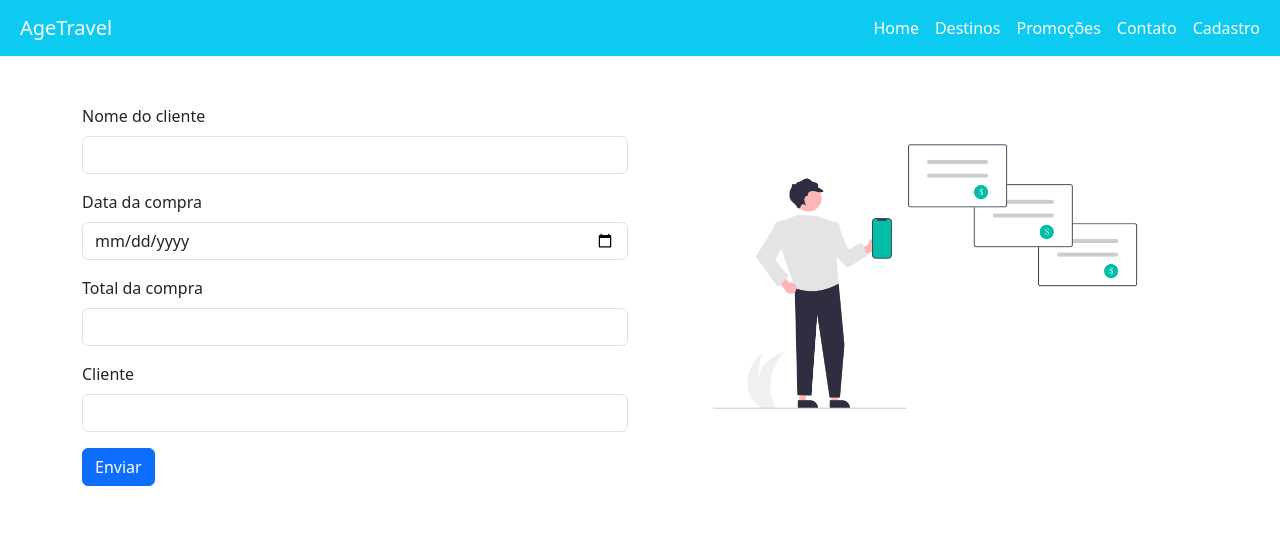
Repository: suyannepereira/modulo5
Page: http://localhost/compras/cadastro
The author's editor kept a copy of each file at every save. The page is drawn from the files as they stood at one save, then again after the next save.
The browser window is 1280 px wide. The pictures show the whole page.
The page is this project's Thymeleaf template; nobody is signed in. The template is opened directly, without the code that normally fills it, so the values that code supplies are empty.

Above is the page before, as saved 2023-12-15 00:34:01.

After the next save:
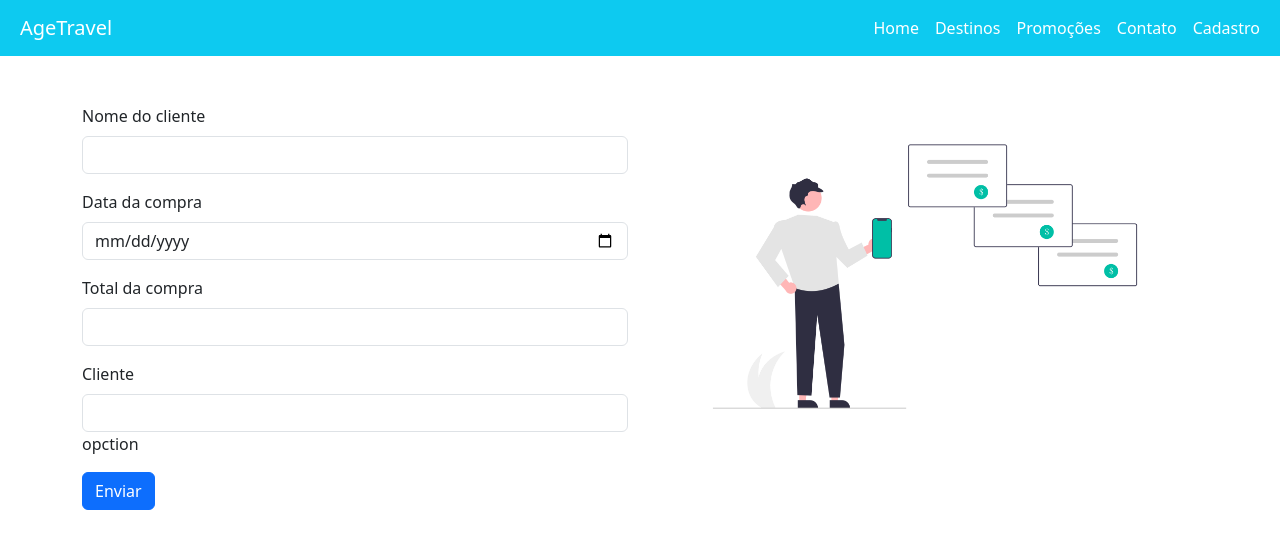
Saved 17 s later.
--- a/mod5/src/main/resources/templates/compras/cadastro.html
+++ b/mod5/src/main/resources/templates/compras/cadastro.html
@@ -52,6 +52,7 @@
                     <div class="form-group mb-3">
                         <label for="cliente" class="form-label"> Cliente </label>
                         <select id="cliente" name="cliente.id" class="form-control"></select>
+                        opction
                     </div>
 
                     <button type="submit" class="btn btn-primary">Enviar</button>
